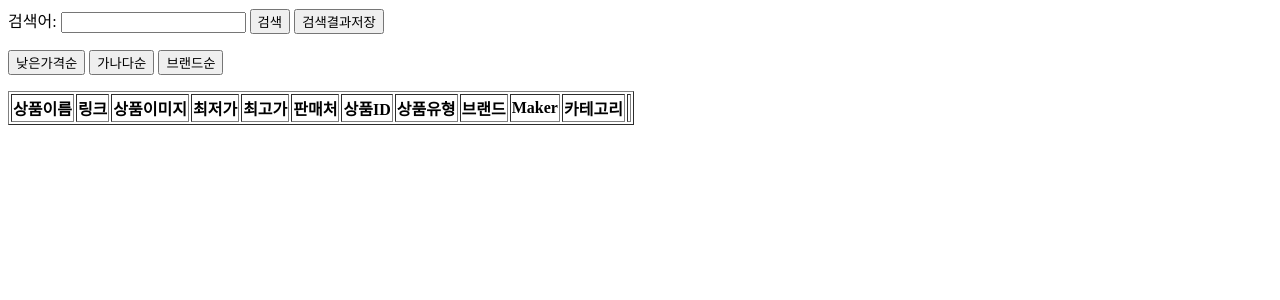
Repository: parkjiminnnn/NaverShoppingAPI
Page: http://localhost/Shop/main.jsp
These files come from the project's save history. The page is drawn as it stood at one moment and after the next save; the edit follows.
The browser window is 1280 px wide. The pictures show the whole page.
The page is served by Tomcat 9.

Above is the page before, as saved 2023-11-17 12:46:15.

After the next save:
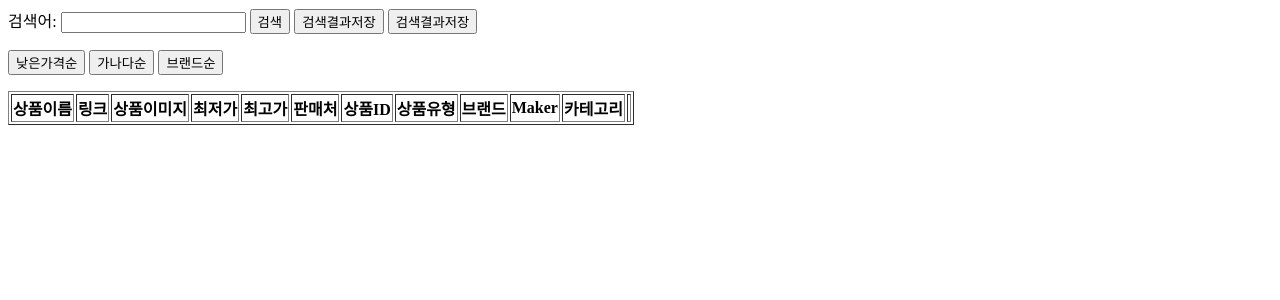
Saved 6 min 53 s later.
--- a/Shop/WebContent/main.jsp
+++ b/Shop/WebContent/main.jsp
@@ -79,7 +79,8 @@
         <input type="text" id="searchTerm" name="searchTerm" value="<%=searchTerm%>" required>
         <button type="submit">검색</button>
          <!-- 저장 버튼 추가 -->
-    <button type="submit" name="saveButton">검색결과저장</button><p>
+    <button type="submit" name="saveButton">검색결과저장</button>
+    <button type="submit" name="basketButton">검색결과저장</button><p>
     <button type="submit" name="lpriceButton">낮은가격순</button>
     <button type="submit" name="titleButton">가나다순</button>
     <button type="submit" name="brandButton">브랜드순</button>
